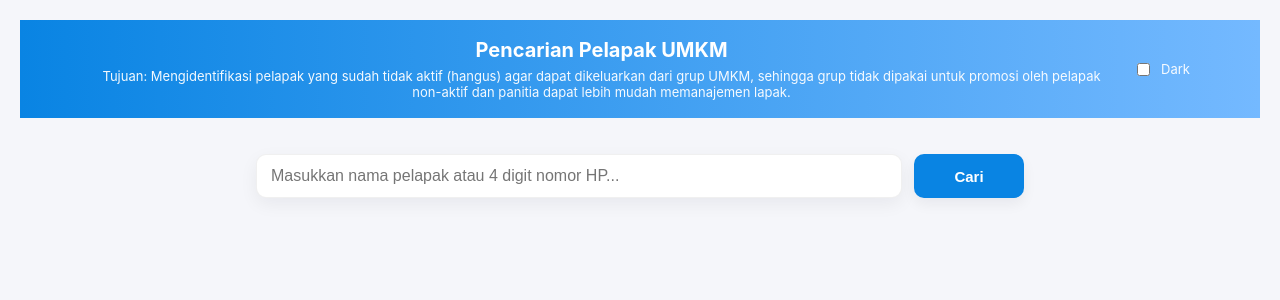
Repository: pasarrakyatbak/ceklapak
Page: index.html
These files come from the project's save history. The page is drawn as it stood at one moment and after the next save; the edit follows.
The browser window is 1280 px wide. The pictures show the whole page.

Above is the page before, as saved 2025-11-19 05:35:16.

### index.html
<!DOCTYPE html>
<html lang="id">

<head>
    <meta charset="UTF-8" />
    <meta name="viewport" content="width=device-width, initial-scale=1.0" />
    <title>Pencarian Pelapak UMKM</title>
    <link rel="stylesheet" href="style.css" />
</head>

<body>
    <header>
        <div class="header-inner">
            <div>
                <h1>Pencarian Pelapak UMKM</h1>
                <p class="desc">Tujuan: Mengidentifikasi pelapak yang sudah tidak aktif (hangus) agar dapat dikeluarkan
                    dari grup UMKM, sehingga grup tidak dipakai untuk promosi oleh pelapak non-aktif dan panitia dapat
                    lebih mudah memanajemen lapak.</p>
            </div>

            <div class="controls">
                <label class="theme-toggle">
                    <input id="themeToggle" type="checkbox" aria-label="Toggle dark mode" />
                    <span>Dark</span>
                </label>
            </div>
        </div>
    </header>

    <main>
        <div class="container">
            <div class="search-box">
                <input type="text" id="queryInput" placeholder="Masukkan nama pelapak atau 4 digit nomor HP..."
                    autocomplete="off" />
                <button id="searchBtn">Cari</button>
            </div>

            <div id="resultBox" class="result-box hidden" role="region" aria-live="polite"></div>
        </div>
    </main>

    <script src="app.js"></script>
</body>

</html>

### style.css
body {
    background: #0984e3;
    color: white;
    padding: 20px;
    text-align: center;
    border-bottom-left-radius: 20px;
    border-bottom-right-radius: 20px;
}

header h1 {
    margin: 0;
    font-size: 26px;
}

.desc {
    margin-top: 10px;
    font-size: 14px;
    opacity: 0.9;
}

main {
    max-width: 600px;
    margin: 40px auto;
    padding: 20px;
}

.search-box {
    display: flex;
    gap: 10px;
}

.search-box input {
    flex: 1;
    padding: 12px;
    border-radius: 10px;
    border: 1px solid #b2bec3;
    font-size: 16px;
}

.search-box button {
    padding: 12px 18px;
    background: #0984e3;
    color: white;
    border: none;
    border-radius: 10px;
    cursor: pointer;
    font-size: 15px;
    transition: 0.2s;
}

.search-box button:hover {
    background: #0770c4;
}

.result-box {
    margin-top: 25px;
    background: white;
    padding: 20px;
    border-radius: 12px;
    box-shadow: 0 4px 10px rgba(0, 0, 0, 0.08);
}

.hidden {
    display: none;
}

.result-item {
    padding: 12px;
    border-bottom: 1px solid #dfe6e9;
}

.result-item:last-child {
    border-bottom: none;
}

.result-item strong {
    color: #0984e3;
}

/* === Variables for light & dark theme === */
:root {
    --bg: #f5f6fa;
    --card: #ffffff;
    --text: #2d3436;
    --muted: #636e72;
    --primary: #0984e3;
    --accent: #74b9ff;
    --shadow: rgba(12, 18, 28, 0.06);
}

body.dark {
    --bg: #0f1720;
    --card: #0b1220;
    --text: #e6eef8;
    --muted: #9aa9bd;
    --primary: #1e90ff;
    --accent: #59a6ff;
    --shadow: rgba(0, 0, 0, 0.6);
}

/* === Base === */
* {
    box-sizing: border-box
}

body {
    margin: 0;
    font-family: Inter, system-ui, -apple-system, 'Segoe UI', Roboto, 'Helvetica Neue', Arial;
    background: var(--bg);
    color: var(--text);
    -webkit-font-smoothing: antialiased;
    -moz-osx-font-smoothing: grayscale;
}

header {
    background: linear-gradient(90deg, var(--primary), var(--accent));
    color: white;
    padding: 18px 20px;
}

.header-inner {
    max-width: 1100px;
    margin: 0 auto;
    display: flex;
    gap: 20px;
    align-items: center;
    justify-content: space-between;
}

header h1 {
    margin: 0;
    font-size: 20px
}

.desc {
    margin: 6px 0 0;
    font-size: 13px;
    opacity: 0.95
}

.controls {
    display: flex;
    align-items: center;
    gap: 12px
}

.theme-toggle {
    display: flex;
    align-items: center;
    gap: 8px;
    color: rgba(255, 255, 255, 0.95);
    font-size: 13px
}

.theme-toggle input {
    accent-color: var(--card)
}

main {
    max-width: 800px;
    margin: 36px auto;
    padding: 0 16px
}

.container {
    background: transparent
}

.search-box {
    display: flex;
    gap: 12px
}

.search-box input {
    flex: 1;
    padding: 12px 14px;
    border-radius: 10px;
    border: 1px solid rgba(0, 0, 0, 0.06);
    background: var(--card);
    color: var(--text);
    box-shadow: 0 6px 18px var(--shadow);
}

.search-box button {
    padding: 12px 16px;
    border-radius: 10px;
    border: none;
    background: var(--primary);
    color: white;
    cursor: pointer;
    min-width: 110px;
    font-weight: 600;
    box-shadow: 0 6px 14px var(--shadow);
}

.search-box button:hover {
    transform: translateY(-1px)
}

.result-box {
    margin-top: 22px;
    background: var(--card);
    padding: 16px;
    border-radius: 12px;
    box-shadow: 0 8px 24px var(--shadow)
}

.hidden {
    display: none
}

.result-item {
    padding: 12px;
    border-bottom: 1px solid rgba(0, 0, 0, 0.04)
}

.result-item:last-child {
    border-bottom: none
}

.result-item strong {
    color: var(--primary)
}

.small {
    font-size: 13px;
    color: var(--muted)
}

/* responsive */
@media (max-width:480px) {
    .header-inner {
        padding: 0;
        flex-direction: column;
        align-items: flex-start
    }

    .search-box {
        flex-direction: column
    }

    .search-box button {
        width: 100%
    }
}

### app.js
// === CONFIG ===
const API_URL = "https://script.google.com/macros/s/AKfycby4z2qZ24SrJkcyGpybH29lSUC_3_z1LG-7wSmTzpaOEXrwjXf0Cl3hqkg95qAxPj1-/exec"; // Ganti setelah deploy Apps Script

// DOM
const searchBtn = document.getElementById("searchBtn");
const queryInput = document.getElementById("queryInput");
const resultBox = document.getElementById("resultBox");
const themeToggle = document.getElementById("themeToggle");

// Inisialisasi tema dari localStorage
(function initTheme() {
    const saved = localStorage.getItem("umkm_theme");
    if (saved === "dark") document.body.classList.add("dark");
    themeToggle.checked = document.body.classList.contains("dark");
})();

// Event listeners
searchBtn.addEventListener("click", searchData);
queryInput.addEventListener("keypress", (e) => { if (e.key === "Enter") searchData(); });
themeToggle.addEventListener("change", toggleTheme);

// === Utilities ===
function cleanNumber(input) {
    // hapus spasi, titik, tanda hubung, kurung, plus
    return input.replace(/\s|\.|-|\(|\)|\+/g, "");
}

function normalizePhone(phone) {
    if (!phone) return "";
    phone = phone.toString().trim();
    phone = cleanNumber(phone);
    // ambil hanya angka
    const digits = phone.replace(/[^0-9]/g, "");
    if (!digits) return "";
    if (digits.startsWith("0")) return digits;
    return "0" + digits;
}

function toggleTheme() {
    const isDark = themeToggle.checked;
    if (isDark) document.body.classList.add("dark"); else document.body.classList.remove("dark");
    localStorage.setItem("umkm_theme", isDark ? "dark" : "light");
}

// === Search ===
function searchData() {
    const raw = queryInput.value.trim();
    if (!raw) return renderError("Masukkan nama atau 4 digit nomor HP.");

    // Jika input berisi huruf -> treat as name, else numeric -> treat as digits
    let q = raw;
    const onlyDigits = cleanNumber(q);

    // jika numeric dan panjang 4 maka dianggap 4-digit search
    let isLast4 = /^\d{4}$/.test(onlyDigits);
    if (isLast4) q = onlyDigits;
    else q = raw.toLowerCase();

    // panggil API
    fetch(`${API_URL}?q=${encodeURIComponent(q)}`)
        .then(res => res.json())
        .then(data => {
            if (!data) return renderError("Data tidak valid dari server.");
            if (data.status === "error") return renderError(data.pesan || data.message || "Tidak ditemukan.");

            // normalize nomor pada hasil
            const normalized = (data.hasil || data.hasil || data.data || []).map(item => ({
                ...item,
                nomor: normalizePhone(item.nomor || item.phone || "")
            }));

            renderResults(normalized);
        })
        .catch(err => {
            console.error(err);
            renderError("Gagal menghubungi server. Periksa koneksi internet Anda.");
        });
}

// === RENDER ===
function renderResults(results) {
    resultBox.classList.remove("hidden");
    if (!results || results.length === 0) {
        resultBox.innerHTML = "<p>Tidak ada hasil ditemukan.</p>";
        return;
    }

    let html = "";
    results.forEach(r => {
        html += `
      <div class="result-item">
        <div><strong>Nama:</strong> ${escapeHtml(r.nama || '—')}</div>
        <div><strong>Nomor HP:</strong> ${escapeHtml(r.nomor || '—')}</div>
        <div class="small"><strong>Jualan:</strong> ${escapeHtml(r.jenis_jualan || r.jualan || '—')}</div>
        <div class="small">Baris data: ${escapeHtml(String(r.baris || '—'))}</div>
      </div>
    `;
    });
    resultBox.innerHTML = html;
}

function renderError(msg) {
    resultBox.classList.remove("hidden");
    resultBox.innerHTML = `<p style="color:var(--primary);font-weight:600">${escapeHtml(msg)}</p>`;
}

// safe escape
function escapeHtml(s) {
    return String(s)
        .replace(/&/g, '&amp;')
        .replace(/</g, '&lt;')
        .replace(/>/g, '&gt;')
        .replace(/"/g, '&quot;')
        .replace(/'/g, '&#39;');
}

After the next save:
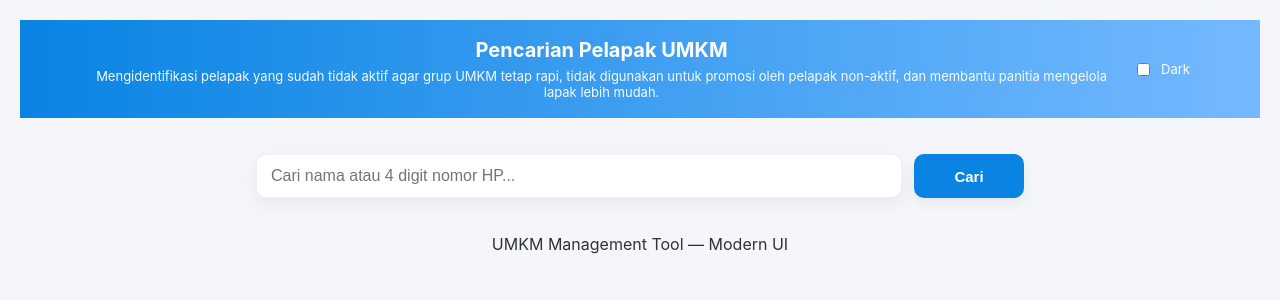
Saved 4 min 48 s later.
--- a/index.html
+++ b/index.html
@@ -13,31 +13,41 @@
         <div class="header-inner">
             <div>
                 <h1>Pencarian Pelapak UMKM</h1>
-                <p class="desc">Tujuan: Mengidentifikasi pelapak yang sudah tidak aktif (hangus) agar dapat dikeluarkan
-                    dari grup UMKM, sehingga grup tidak dipakai untuk promosi oleh pelapak non-aktif dan panitia dapat
-                    lebih mudah memanajemen lapak.</p>
+                <p class="desc">
+                    Mengidentifikasi pelapak yang sudah tidak aktif agar grup UMKM tetap rapi, tidak digunakan untuk
+                    promosi oleh pelapak non-aktif, dan membantu panitia mengelola lapak lebih mudah.
+                </p>
             </div>
+
 
             <div class="controls">
                 <label class="theme-toggle">
-                    <input id="themeToggle" type="checkbox" aria-label="Toggle dark mode" />
+                    <input id="themeToggle" type="checkbox" />
                     <span>Dark</span>
                 </label>
             </div>
         </div>
     </header>
 
+
     <main>
         <div class="container">
             <div class="search-box">
-                <input type="text" id="queryInput" placeholder="Masukkan nama pelapak atau 4 digit nomor HP..."
+                <input type="text" id="queryInput" placeholder="Cari nama atau 4 digit nomor HP..."
                     autocomplete="off" />
                 <button id="searchBtn">Cari</button>
             </div>
 
-            <div id="resultBox" class="result-box hidden" role="region" aria-live="polite"></div>
+
+            <div id="resultBox" class="result-box hidden"></div>
         </div>
     </main>
+
+
+    <footer>
+        <p>UMKM Management Tool — Modern UI</p>
+    </footer>
+
 
     <script src="app.js"></script>
 </body>
